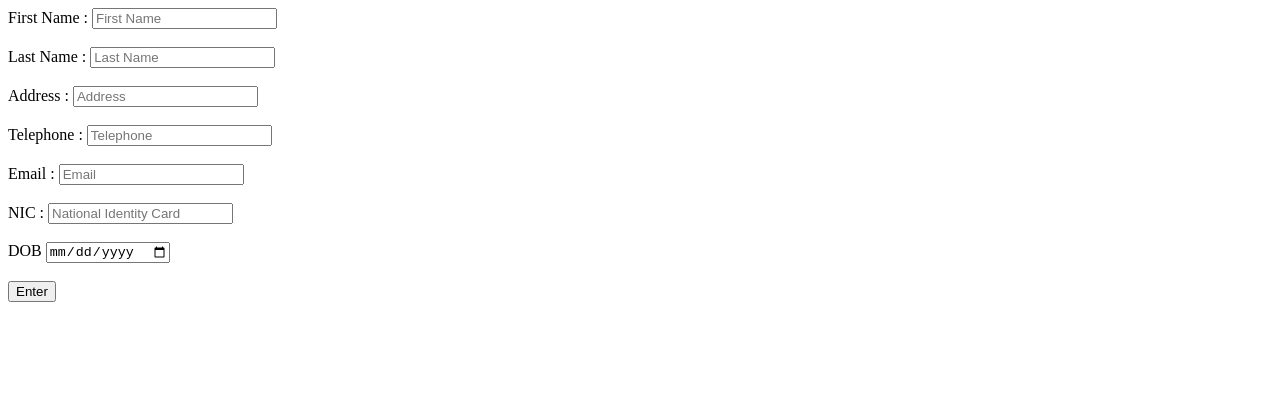
Repository: IT21221064/JobPortal
Page: http://localhost/JobApp/recruiterForm.jsp
The author's editor kept a copy of each file at every save. The page is drawn from the files as they stood at one save, then again after the next save.
The browser window is 1280 px wide. The pictures show the whole page.
The page is served by Tomcat 9.

Above is the page before, as saved 2023-07-15 18:15:48.

### Project/JobApp/src/main/webapp/recruiterForm.jsp
<%@ page language="java" contentType="text/html; charset=ISO-8859-1"
    pageEncoding="ISO-8859-1"%>
<!DOCTYPE html>
<html>
<head>
<meta charset="ISO-8859-1">
<title>Insert title here</title>
</head>
<body>
 <label>First Name :</label>
 <input name="fname" class="form-control" placeholder="First Name" /><br><br>

 <label>Last Name :</label>
 <input name="lname" class="form-control" placeholder="Last Name" /><br><br>

 <label>Address : </label>
 <input name="address" class="form-control" placeholder="Address" /><br><br>

 <label>Telephone :</label >
 <input name="tp" class="form-control" type="number" placeholder="Telephone"/><br><br>

 <label>Email :</label>
 <input type="email" class="form-control" placeholder="Email" /><br><br>

 <label>NIC :</label>
 <input name="nic" class="form-control" placeholder="National Identity Card" type="number"/><br><br>

 <label>DOB</label>
 <input name="dob" class="form-control" type="date" placeholder="Date" value="dob" /><br><br>

 <input type="submit" value="Enter">

</body>
</html>

After the next save:
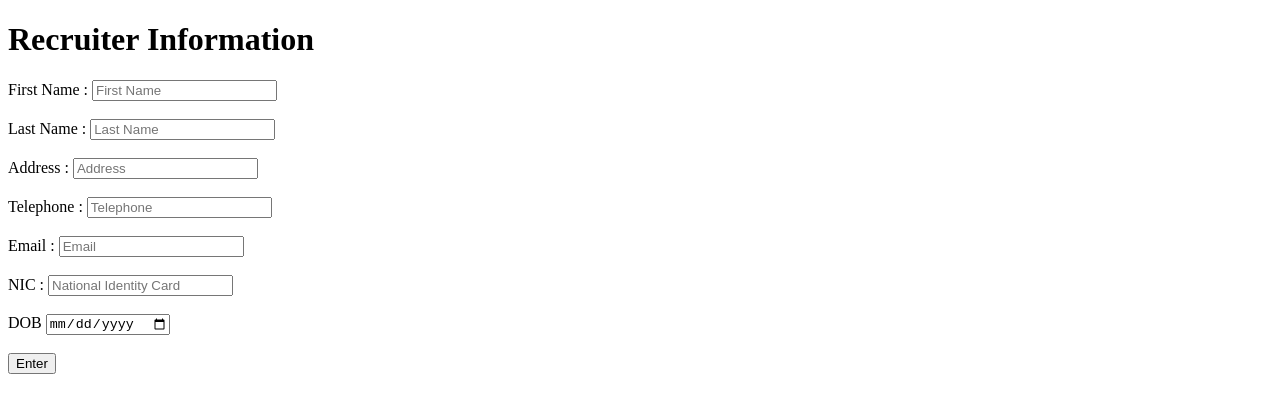
Saved 44 s later.
--- a/Project/JobApp/src/main/webapp/recruiterForm.jsp
+++ b/Project/JobApp/src/main/webapp/recruiterForm.jsp
@@ -7,6 +7,7 @@
 <title>Insert title here</title>
 </head>
 <body>
+<h1>Recruiter Information</h1>
  <label>First Name :</label>
  <input name="fname" class="form-control" placeholder="First Name" /><br><br>
 
